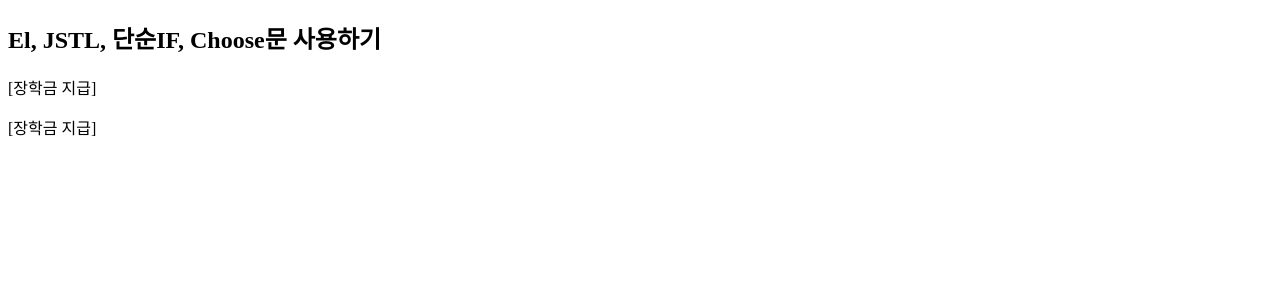
Repository: siwoo1214/acorn_server
Page: http://localhost/day08Prac/ex05
An editor plug-in stored every save of this project. The page is shown before and after the next save, followed by the edit.
The browser window is 1280 px wide. The pictures show the whole page.
The page is served by Tomcat 9.

Above is the page before, as saved 2025-04-09 07:09:34.

After the next save:
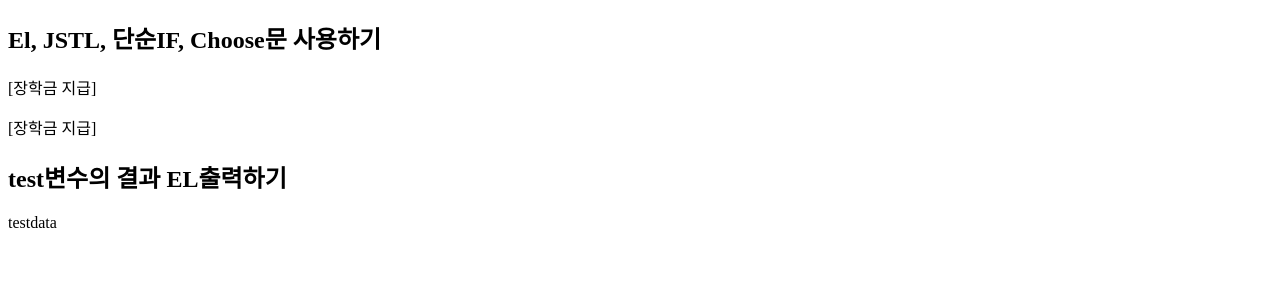
Saved 3 min 22 s later.
--- a/day08Prac/src/main/webapp/WEB-INF/views/ex05.jsp
+++ b/day08Prac/src/main/webapp/WEB-INF/views/ex05.jsp
@@ -16,10 +16,17 @@
 		[장학금 지급]
 	</c:if>
 
+
 	<% int score =  (int)request.getAttribute("kor");
 		if(score>=90){%>
 			<p>[장학금 지급]</p>
 		<%} %>
 
+	<!-- jstl로 변수만들기 -->
+	<!-- jstl 변수 자동으로 pageContext저장소에 저장됨, 즉 EL문법을 사용할 수 있다 -->
+	<c:set var="test" value="testdata"></c:set>
+
+	<h2>test변수의 결과 EL출력하기</h2>
+	${test }
 </body>
 </html>
